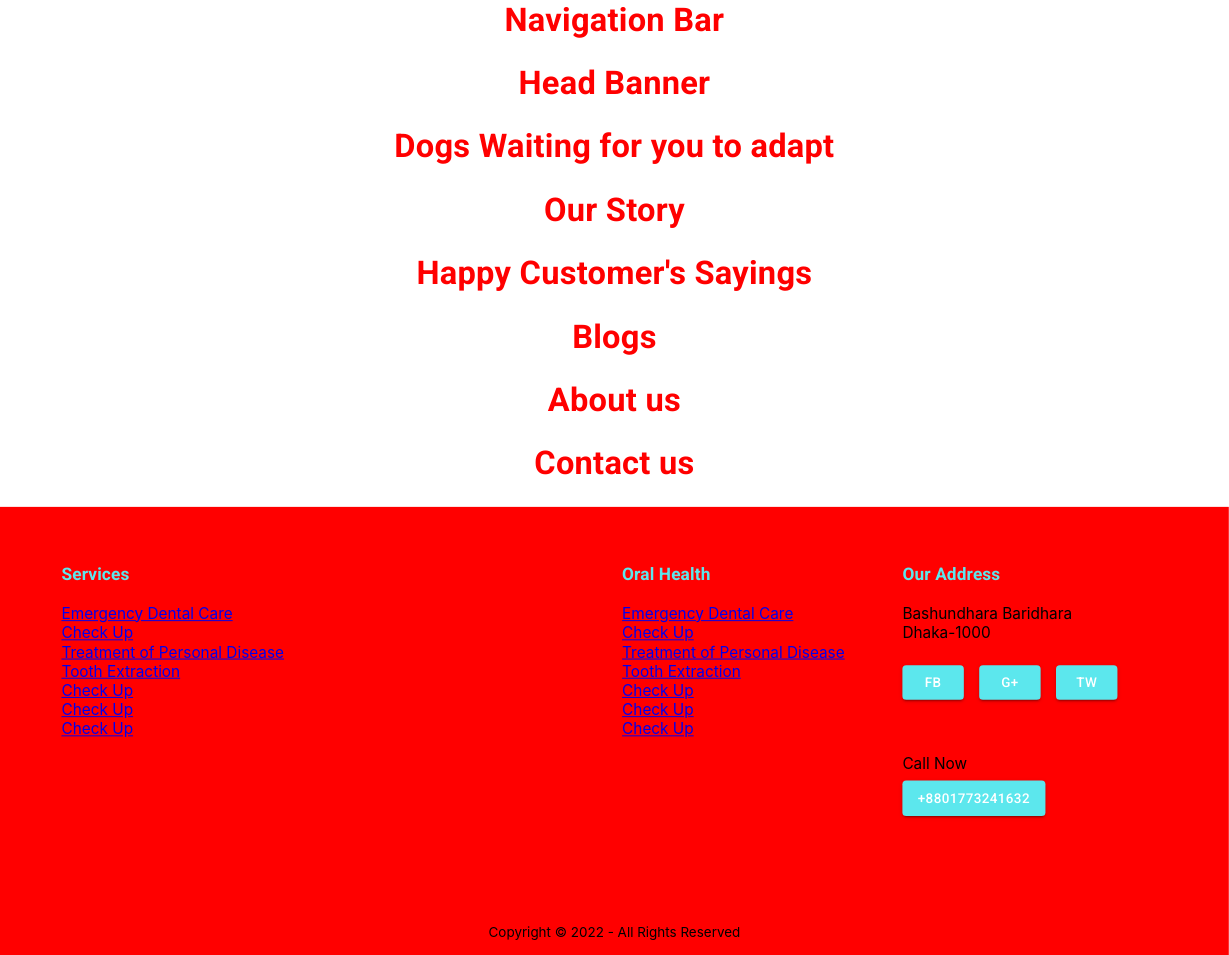
Repository: Sharif-00112/dogos-paradise-client
Page: /
The author's editor kept a copy of each file at every save. The page is drawn from the files as they stood at one save, then again after the next save.
The browser window is 1280 px wide. The pictures show the whole page, at 96% of full size.
The page's requests for data from a server got no answer. The project was rebuilt for these pictures with package versions that can differ from the ones it lists, and the page was loaded fresh each time. Some packages were replaced by stand-ins written for this rebuild. No one was signed in, and anything a server would have sent is missing. Also part of the build but not shown: src/Pages/Login/Login/Login.js, src/Pages/Login/Register/Register.js, src/Pages/NotFound/NotFound.js.

Above is the page before, as saved 2022-11-30 22:27:39.

After the next save:
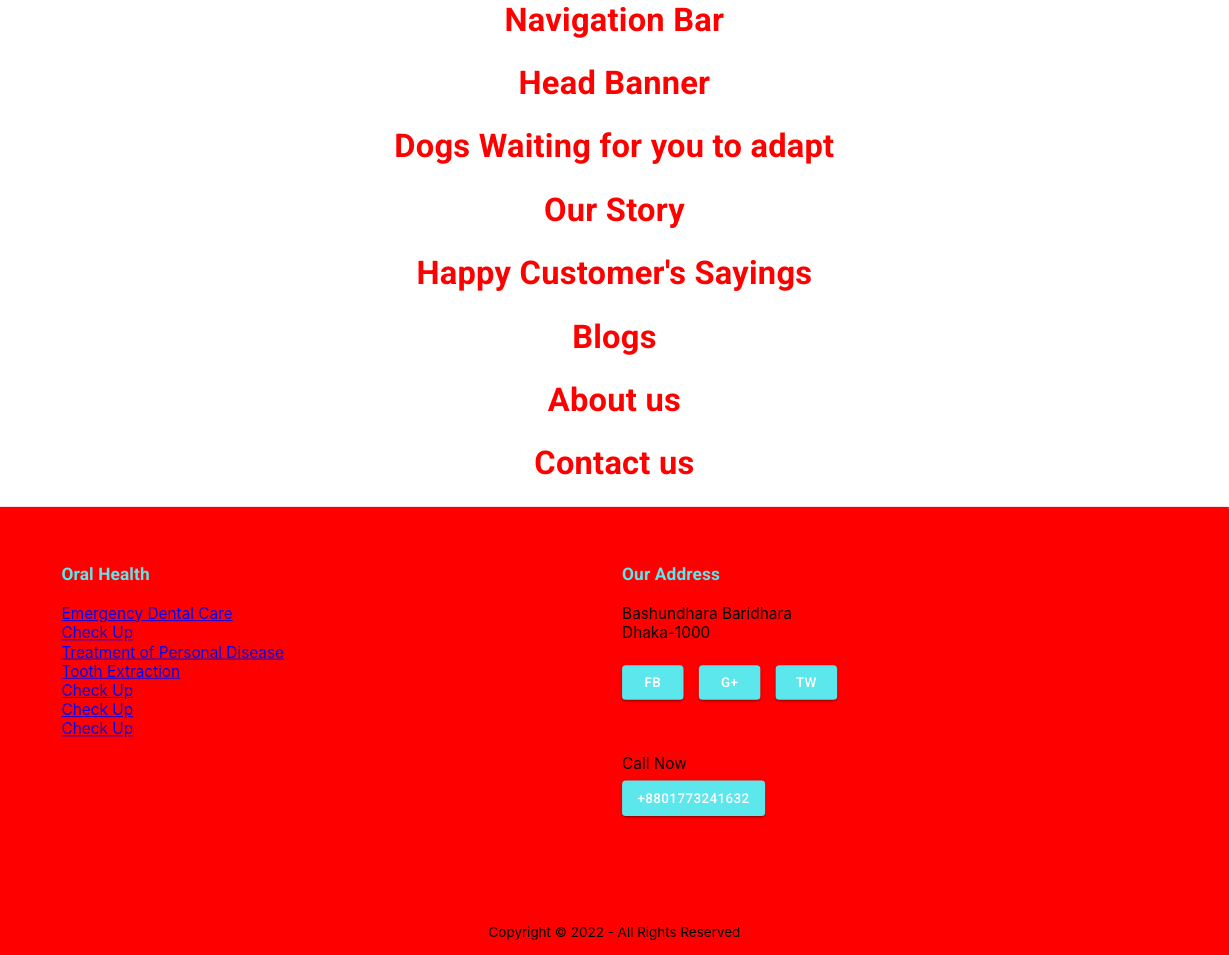
Saved 48 s later.
--- a/src/Pages/Shared/Footer/Footer.js
+++ b/src/Pages/Shared/Footer/Footer.js
@@ -20,38 +20,6 @@ const Footer = () => {
             <Box sx={{ flexGrow: 1 }}>
                 <Grid container spacing={2}>
                     <Grid item style={{ textAlign: 'left'}} xs={6} md={6}>
-                        <Typography sx={{ my:2, fontSize: 18, fontWeight: 600 }} style={{color: '#5CE7ED'}} variant="h6" component="div">
-                            Services
-                        </Typography>
-                        <Link to = '/emergencyDentalCare'>
-                            Emergency Dental Care
-                        </Link>
-                        <br />
-                        <Link to = '/checkUp'>
-                            Check Up
-                        </Link>
-                        <br />
-                        <Link to = '/treatmentOfPersonalDisease'>
-                            Treatment of Personal Disease
-                        </Link>
-                        <br />
-                        <Link to = '/toothExtraction'>
-                            Tooth Extraction
-                        </Link>
-                        <br />
-                        <Link to = '/checkUp'>
-                            Check Up
-                        </Link>
-                        <br />
-                        <Link to = '/checkUp'>
-                            Check Up
-                        </Link>
-                        <br />
-                        <Link to = '/checkUp'>
-                            Check Up
-                        </Link>
-                    </Grid>
-                    <Grid item style={{ textAlign: 'left'}} xs={6} md={3}>
                         <Typography sx={{ my:2, fontSize: 18, fontWeight: 600 }} style={{color: '#5CE7ED'}} variant="h6" component="div">
                             Oral Health
                         </Typography>
@@ -83,7 +51,7 @@ const Footer = () => {
                             Check Up
                         </Link>
                     </Grid>
-                    <Grid item style={{ textAlign: 'left'}} xs={6} md={3}>
+                    <Grid item style={{ textAlign: 'left'}} xs={6} md={6}>
                         <Typography sx={{ my:2, fontSize: 18, fontWeight: 600 }} style={{color: '#5CE7ED'}} variant="h6" component="div">
                             Our Address
                         </Typography>
